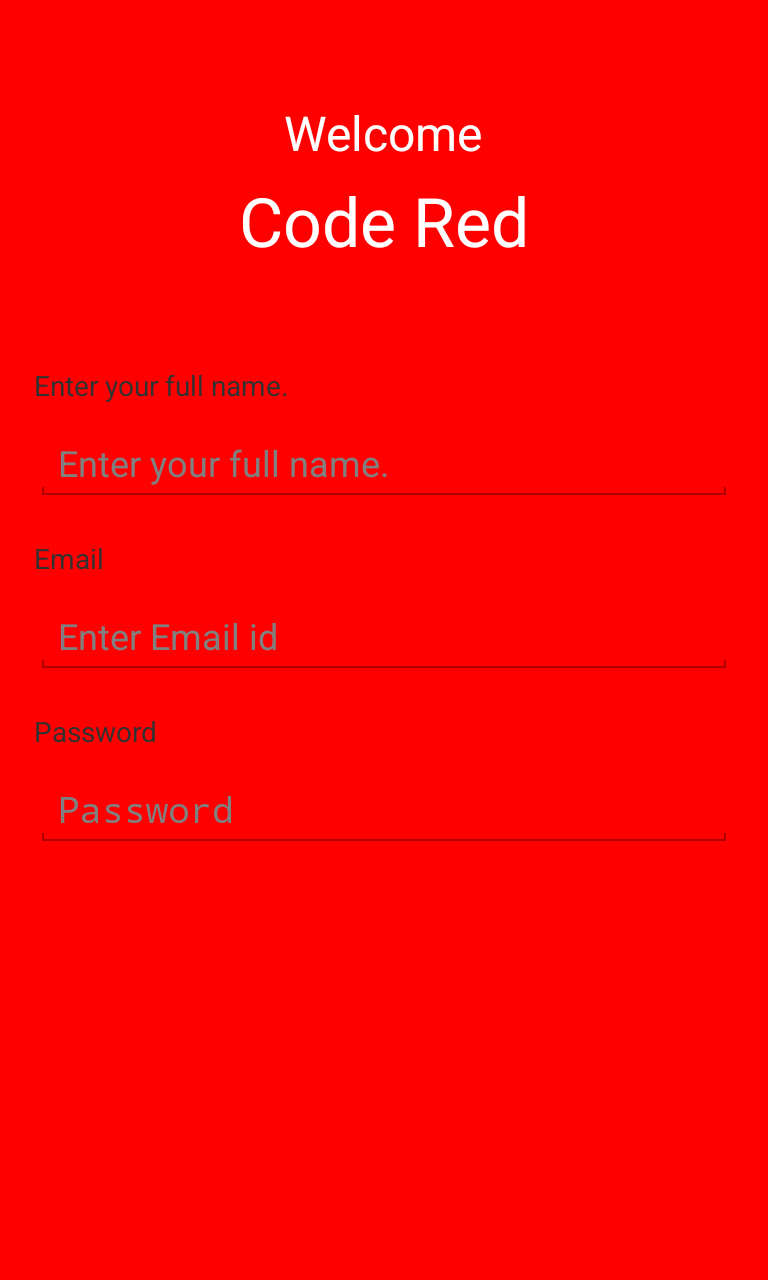
Repository: coderedteam/codered
Layout: AndroidSourceCode/CodeRed/res/layout/activity_registeration.xml
An editor plug-in stored every save of this project. The layout is shown before and after the next save, followed by the edit.
It is drawn on a 768 x 1280 px phone screen (xhdpi) without system bars, with theme AppTheme; the app's code is not run.

Above is the layout before, as saved 2014-11-27 10:39:04.

After the next save:
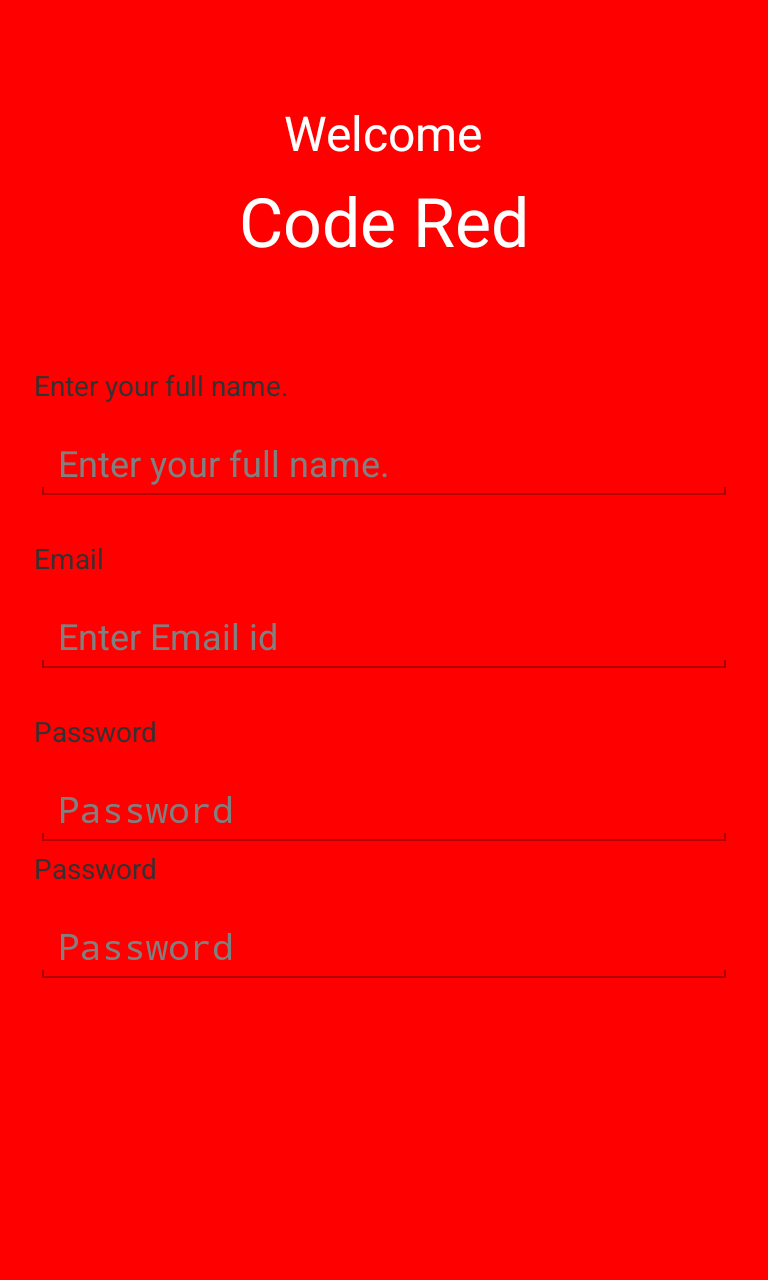
Saved 6 min 40 s later.
--- a/AndroidSourceCode/CodeRed/res/layout/activity_registeration.xml
+++ b/AndroidSourceCode/CodeRed/res/layout/activity_registeration.xml
@@ -90,6 +90,26 @@
         </EditText>
 
 
-    </LinearLayout>
+         <TextView
+            android:id="@+id/lblBloodGroup"
+            android:layout_width="match_parent"
+            android:layout_height="wrap_content"
+            android:paddingBottom="10dip"
+            android:text="@string/lblPswd" />
+
+        <EditText
+            android:id="@+id/txtPassword"
+            android:layout_width="match_parent"
+            android:layout_height="wrap_content"
+            android:hint="@string/txtDefaultPswd"
+            android:inputType="textPassword" >
+        </EditText>
+
+
+
+
+
+
+
 
 </LinearLayout>
